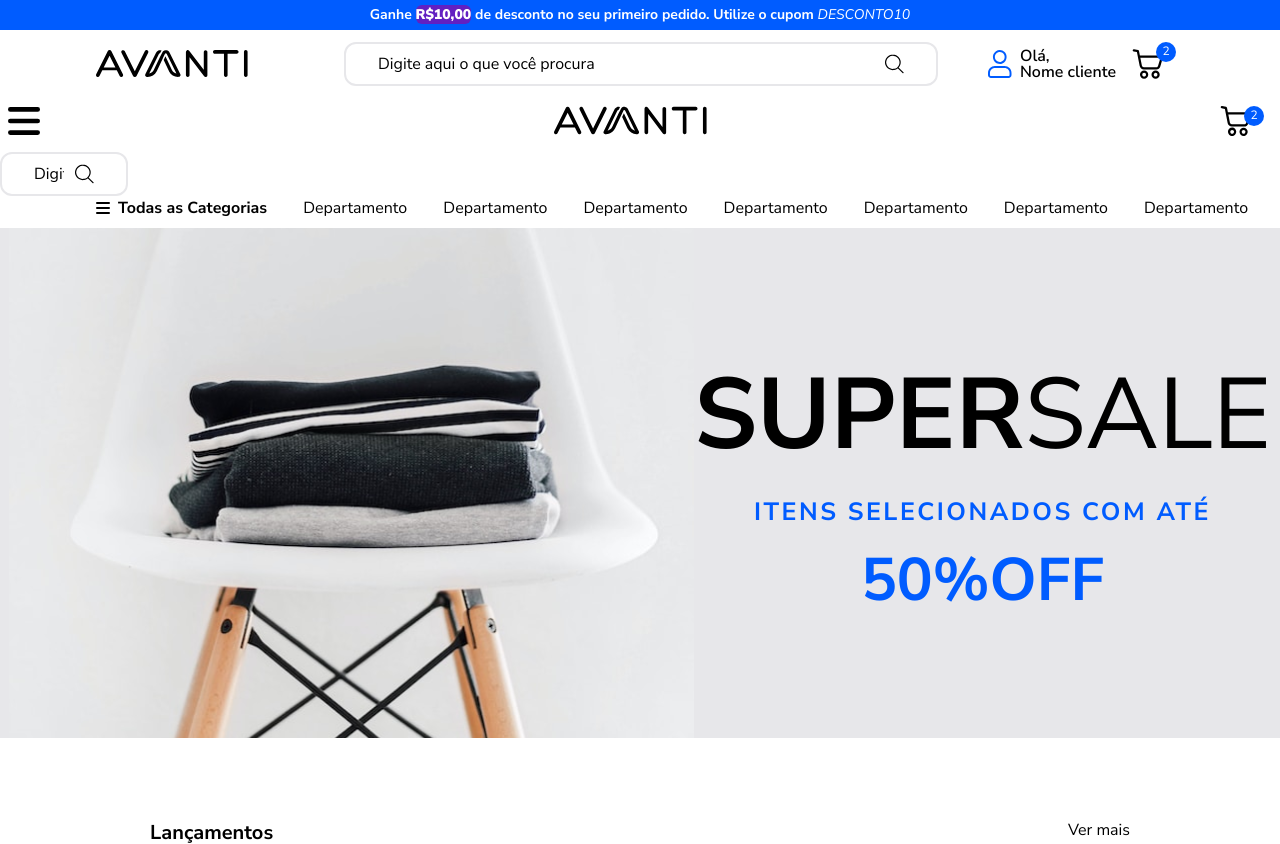
Repository: chidekina/avanti-01
Page: index.html
The author's editor kept a copy of each file at every save. The page is drawn from the files as they stood at one save, then again after a run of saves.
The browser window is 1280 px wide. The pictures show the part of the page from y = 0 to 844 px (the page is 4170 px tall).
A picture or video elsewhere on the page could not be fetched, so the positions and the page height are approximate.

Above is the page before, as saved 2025-04-15 14:35:32.

### index.html
<!DOCTYPE html>
<html lang="en">
  <head>
    <meta charset="UTF-8" />
    <meta name="viewport" content="width=device-width, initial-scale=1.0" />
    <script src="https://cdn.jsdelivr.net/npm/@tailwindcss/browser@4"></script>
    <link rel="preconnect" href="https://fonts.googleapis.com" />
    <link rel="preconnect" href="https://fonts.gstatic.com" crossorigin />
    <link href="https://fonts.googleapis.com/css2?family=Nunito+Sans:ital,opsz,wght@0,6..12,200..1000;1,6..12,200..1000&family=Nunito:ital,wght@0,200..1000;1,200..1000&display=swap" rel="stylesheet" />
    <title>Avanti</title>
    <link rel="icon" type="image" href="./assets/avanti-icon.svg" />
    <link rel="stylesheet" href="style.css" />
    <link rel="stylesheet" href="https://cdn.jsdelivr.net/npm/swiper/swiper-bundle.min.css">
  </head>
  <body>
    <header class="mb-2">
      <h1 class="flex justify-center items-center bg-(--primary-color) text-white text-sm h-[30px] font-bold max-md:text-[12px] max-md:text-center max-md:px-6 max-md:h-[52px]">
        <span>
        Ganhe
        <b class=" bg-(--secondary-color) heigth-[16px] w-[64px] rounded-md">R$10,00</b>
        de desconto no seu primeiro pedido. Utilize o cupom
        <i class="font-normal">DESCONTO10</i>
        </span>
      </h1>
      <div class="mt-3 mb-5 px-24 flex justify-between w-full max-md:hidden">
        <div class="flex gap-24">
          <img src="./assets/logo.svg" alt="Avanti Logo" class="w-[152px]" />
            <div class="flex justify-between py-2 border-2 border-solid border-(--bg-color) px-8 rounded-xl cursor-text w-[594px]">
              <input type="text" placeholder="Digite aqui o que você procura" class="placeholder-black outline-none focus:placeholder-transparent w-1/2" />
              <img src="./assets/search.svg" />
            </div>
        </div>
        <div class="flex gap-4">
          <div class="flex gap-2 items-center">
            <img src="./assets/user.svg" alt="icone do usuario" class="w-[24px]" />
            <h6 class="leading-none font-semibold">
              Olá,<br />
              Nome cliente
            </h6>
          </div>
          <div class="flex">
            <img src="./assets/cart.svg" alt="imagem de um carrinho de compras" class="w-[32px]" />
            <div class="relative bg-(--primary-color) w-[20px] h-[20px] text-center text-white text-[12px] rounded-full right-2">2</div>
          </div>
        </div>
      </div>
      <div class="">
        <div class="flex justify-between my-4 mx-2">
          <img src="./assets/menu-hamburger.svg" alt="menu hamburguer" class="w-8">
          <img src="./assets/logo.svg" alt="logo da Avanti">
          <div class="flex">
            <img src="./assets/cart.svg" alt="imagem de um carrinho de compras" class="w-[32px]" />
            <div class="relative bg-(--primary-color) w-[20px] h-[20px] text-center text-white text-[12px] rounded-full right-2">2</div>
          </div>
        </div>
        <div class="flex justify-between py-2 border-2 border-solid border-(--bg-color) px-8 rounded-xl cursor-text w-32">
          <input type="text" placeholder="Digite aqui o que você procura" class="placeholder-black outline-none focus:placeholder-transparent w-1/2" />
          <img src="./assets/search.svg" />
        </div>
      </div>
      <div class="flex px-24 w-full max-md:hidden">
        <ul class="flex gap-9" id="department-list">
          <li  id="menu-button">
          <a href="#">
            <div class="flex gap-2 w-max">
              <img src="./assets/menu-hamburger.svg" alt="menu hamburguer" />
              <h5 class="font-bold">Todas as Categorias</h5>
            </div>
          </a>
        </li>
        </ul>
      </div>
      <div class="flex mx-24 my-2 w-[1200px] h-[320px] bg-white rounded-md px-4 hidden" id="department-content">
       <div id="department-number">
        <div class="flex gap-20" id="department-content-list">
      </div>
      </div>
        <div class="flex flex-col relative left-146 my-2 w-[236px] justify-center bg-[url(/assets/mini-banner.svg)] bg-no-repeat mr-2 px-4 gap-4">
          <h1 class="text-[24px] text-white z-2">
            Confira os<br>
            Produtos<br>
            <b>Que<br>
            acabaram<br>
            De chegar<br></b>
          </h1>
          <a class=" flex justify-center items-center text-white font-bold border-1 z-2 rounded-lg w-[112px] text-[12px] h-[38px]">
            VER TODOS
          </a>
        </div>
      </div>
      <div class="flex mx-24 my-2 w-[1200px] h-[320px] bg-white rounded-md hidden" id="dropdown-content">
        <ul class="flex flex-col gap-2 bg-(--bg-lighter) overflow-y-scroll w-1/5 rounded-md px-4 py-2" id="categories-list">
        </ul>
        <div class="flex flex-col relative left- my-2 w-[236px] justify-center bg-[url(/assets/mini-banner.svg)] bg-no-repeat mr-2 px-4 gap-4">
          <h1 class="text-[24px] text-white z-2">
            Confira os<br>
            Produtos<br>
            <b>Que<br>
            acabaram<br>
            De chegar<br></b>
          </h1>
          <a class=" flex justify-center items-center text-white font-bold border-1 z-2 rounded-lg w-[112px] text-[12px] h-[38px]">
            VER TODOS
          </a>
        </div>
      </div>
    </header>
    <main>
      <section class="flex justify-center items-center w-full height-[510px] bg-(--bg-color) font-(--font-secondary)">
        <img src="./assets/chair.svg" alt="Foto de uma cadeira com roupas dobradas em cima" />
        <div class="flex flex-col gap-1 text-center">
          <h1 class="text-[100px]"><b>SUPER</b>SALE</h1>
          <h4 class="text-[25px] text-(--primary-color) font-bold tracking-widest">ITENS SELECIONADOS COM ATÉ</h4>
          <h4 class="text-[60px] text-(--primary-color) font-bold">50%OFF</h4>
        </div>
      </section>
<carousel-section></carousel-section>
      </section>
  <description-section></description-section>
  <section class="flex w-full bg-(--bg-light) px-[200px] py-[42px] font-(--font-secondary) my-[40px]">
    <div class="text-center text-(--text-color) w-1/2 mr-5">
      <h1 class="text-[30px] font-bold mb-10">
        Lorem ipsum
      </h1>
      <ul class="flex flex-col text-start gap-15">
        <li class="flex gap-6">
          <img src="./assets/pin.svg">
          <p>
            Aenean massa. Cum sociis natoque penatibus et magnis dis parturient montes, nascetur ridiculus mus. Donec quam felis, ultricies nec, pellentesque eu, pretium quis, sem.
          </p>
        </li>
        <li class="flex gap-6">
          <img src="./assets/pin.svg">
          <p>
            Aenean massa. Cum sociis natoque penatibus et magnis dis parturient montes, nascetur ridiculus mus. Donec quam felis, ultricies nec, pellentesque eu, pretium quis, sem.
          </p>
        </li>
        <li class="flex gap-6">
          <img src="./assets/pin.svg">
          <p>
            Aenean massa. Cum sociis natoque penatibus et magnis dis parturient montes, nascetur ridiculus mus. Donec quam felis, ultricies nec, pellentesque eu, pretium quis, sem.
          </p>
        </li>
      </ul>
    </div>
    <img src="./assets/banner.svg" alt="Foto da caneca da Avanti sobre uma tabua de vegetais" class="w-1/2">
  </section>
  <section>
  <description-section></description-section>
  <carousel-section></carousel-section>

  </section>
  <section>
    <img src="./assets/banner2.svg" alt="Foto da entrada da loja da Avanti" />
    <div class="absolute h-[126px] bg-(--primary-color) w-full bottom-[-3080px] text-white text-[30px] font-(--font-secondary)">
      <h1 class="flex justify-center h-full items-center">Entre em contato conosco e verifique a disponibilidade para sua região!</h1>
    </div>
  </section>
  <section class="flex flex-col my-[50px] gap-6 items-center">
    <h2 class="font-bold text-center text-[20px]">
      Cadastre-se na nossa <b class="text-(--primary-color)">newsletter</b>
    </h2>
    <div class="flex w-[1260px] h-[170px] items-center justify-center bg-(--bg-light) rounded-lg gap-6">
      <input type="text" placeholder="Digite seu nome" class="outline-none rounded-lg bg-white placeholder:text-black w-[260px] h-[48px] focus:placeholder-transparent pl-4"/>
      <input type="text" placeholder="Digite seu e-mail" class="outline-none rounded-lg bg-white placeholder:text-black w-[260px] h-[48px] focus:placeholder-transparent pl-4"/>
      <div class="flex gap-1">
      <input type="checkbox" />
      <h5 class="text-(--sub-text) text-[12px] font-bold">Estou de acordo com a <a href="#" class="underline">Política de Privacidade</a></h5>
    </div>
    </div>
  </section>
  <section class="text-center px-[200px] py-[64px] bg-(--bg-lighter)">
    <div class="flex justify-around mb-10">
    <div class="flex flex-col gap-5">
      <img src="./assets/logo.svg" alt="Logo Avanti" />
      <ul class="flex gap-5 justify-around items-center">
        <li>
          <a href="#">
            <img src="./assets/social-links/instagram.svg" alt="Logo do instagram" />
          </a>
        </li>
        <li>
          <a href="#">
            <img src="./assets/social-links/facebook.svg" alt="Logo do instagram" />
          </a>
        </li>
        <li>
          <a href="#">
            <img src="./assets/social-links/youtube.svg" alt="Logo do instagram" />
          </a>
        </li>
        <li>
          <a href="#">
            <img src="./assets/social-links/tiktok.svg" alt="Logo do instagram" />
          </a>
        </li>
      </ul>
    </div>
    <ul class="flex flex-col gap-4">
      <li class="font-bold">
        <a href="">
          Institucional
        </a>
      </li>
      <li>
        <a href="">
          Sobre Nós
        </a>
      </li>
      <li>
        <a href="">
          Nossas lojas
        </a>
      </li>
      <li>
        <a href="">
          Privacidade e Segurança
        </a>
      </li>
      <li>
        <a href="">
          Termos e condições
        </a>
      </li>
    </ul>
    <ul class="flex flex-col gap-4">
      <li class="font-bold">
        <a href="">
          Central de ajuda
        </a>
      </li>
      <li>
        <a href="">
          Fale Conosco
        </a>
      </li>
      <li>
        <a href="">
          Frete e Entrega
        </a>
      </li>
      <li>
        <a href="">
          Trocas e Devoluções
        </a>
      </li>
      <li>
        <a href="">
          Formas de Pagamento
        </a>
      </li>
      <li>
        <a href="">
          FAQ
        </a>
      </li>
    </ul>
    <ul class="flex flex-col gap-4">
      <li class="font-bold">
          Atendimento
      </li>
      <li>
         <b>Telefone:</b> (00) 1234-5678
      </li>
      <li>
        <b>E-mail:</b> exemplo@exemplo.com.br
      </li>
      <li>
        <b>Horário de atendimento:</b><br>
          Segunda a Sábado: 07h00 às 23h00<br>
          Domingos e Feriados:  07h00 às 21h00
      </li>
    </ul>
  </div>
<div>
<ul class="flex gap-10 justify-center">
  <li>
    <img src="./assets/payments/amex.svg" alt="Logo Amex" />
  </li>
  <li>
    <img src="./assets/payments/mastercard.svg" alt="Logo Mastercard" />
  </li>
  <li>
    <img src="./assets/payments/visa.svg" alt="Logo Visa" />
  </li>
  <li>
    <img src="./assets/payments/hipercard.svg" alt="Logo Hipercard" />
  </li>
  <li>
    <img src="./assets/payments/elo.svg" alt="Logo Elo" />
  </li>
  <li>
    <img src="./assets/payments/dinners.svg" alt="Logo Dinners" />
  </li>
  <li>
    <img src="./assets/payments/paypal.svg" alt="Logo Paypal" />
  </li>
  <li>
    <img src="./assets/payments/pix.svg" alt="Logo Pix" />
  </li>
  <li>
    <img src="./assets/payments/boleto.svg" alt="Logo Boleto" />
  </li>
</ul>
</div>
  </section>
    </main>
    <footer class="flex flex-col gap-5 my-10">
      <div class="flex flex-col text-center justify-center items-center">
        <p class="w-[1000px] text-[12px]">
          Lorem ipsum dolor sit amet, consectetuer adipiscing elit, sed diam nonummy nibh euismod tincidunt ut laoreet dolore magna aliquam erat volutpat. Ut wisi enim ad minim veniam, quis nostrud exerci tation ullamcorper suscipit lobortis nisl ut aliquip ex ea commodo consequat. Duis autem vel eum iriure dolor in hendrerit in vulputate velit esse molestie consequat, vel illum dolore eu feugiat nulla facilisis at vero eros et accumsan et iusto odio dignissim qui blandit praesent luptatum zzril delenit augue duis dolore te feugait nulla facilisi.
        </p>
      </div>
        <ul class="flex justify-center gap-10">
          <li>
            <img src="./assets/logos/encrypt-logo.svg" alt="Logo da Lets Encrypt">
          </li>
          <li>
            <img src="./assets/logos/vtex-pci-logo.svg" alt="Logo da VTEX e da PCI certified">
          </li>
          <li>
            <img src="./assets/logo.svg" alt="Logo da Avanti">
          </li>
          <li>
            <img src="./assets/logos/vtex-logo.svg" alt="Logo da VTEX">
          </li>
        </ul>
      </footer>
    <script src="https://cdn.jsdelivr.net/npm/swiper/swiper-bundle.min.js"></script>
    <script src="app.js"></script>
  </body>
</html>

### style.css
:root {
    font-family: "Nunito Sans", sans-serif;
    --primary-color: #005CFF;
    --secondary-color: #6220C1;
    --text-color: #4F4F4F;
    --bg-color: #E7E7EA;
    --bg-dark: #C2C2C2;
    --bg-light: #DEDEDE;
    --bg-lighter: #F5F5F5;
    --sub-text: #656565;
    --font-secondary: "Nunito", sans-serif;
}

html, body {
    margin: 0;
    padding: 0;
    width: 100%;
    height: 100%;
    box-sizing: border-box;
  }

#dropdown-content,
#department-content {
    position: absolute;
    z-index: 1;
    box-shadow: 0px 8px 16px 0px rgba(0,0,0,0.2);
}


#dropdown-content .bg-no-repeat::before,
#department-content .bg-no-repeat::before {
    content: '';
    position: absolute;
    top: 0;
    left: 0;
    width: 236px;
    height: 298px;
    background-image: url(/assets/black-filter.svg);
    z-index: 1;
}

#categories-list li:hover img,
#categories-list li.active img {
    content: url('./assets/arrow-active.svg');
    transform: scale(1.1);
}

.selected {
    color: var(--primary-color); /* Replace with your desired color */
    font-weight: bold;
}

#categories-list li.selected img {
    content: url('./assets/arrow-active.svg'); /* Replace with the active image path */
    transform: scale(1.1); /* Optional: Add a scaling effect */
}

.sublist.open {
    max-height: 500px; /* Adjust based on the expected height of the sublist */
}


.sublist {
    list-style: none;
    padding: 0;
    margin: 0;
}

### app.js
class Carousel extends HTMLElement {
    constructor() {
      super();
    }

    connectedCallback() {
      this.render();
      this.initSlides();
      this.initSwiper();
    }

    render() {
      this.innerHTML = `
        <section class="py-[80px] px-[150px]">
          <div>
            <div class="flex justify-between mb-4">
              <h3 class="font-bold text-[20px]">Lançamentos</h3>
              <h4>Ver mais</h4>
            </div>
            <div class="swiper">
              <div class="swiper-container">
                <ul class="swiper-wrapper" id="swiper-wrapper"></ul>
                <div class="swiper-button-next"></div>
                <div class="swiper-button-prev"></div>
                <div class="swiper-pagination"></div>
              </div>
            </div>
          </div>
        </section>
      `;
    }

    initSlides() {
      const swiperWrapper = this.querySelector("#swiper-wrapper");

      for (let i = 1; i <= 15; i++) {
        const slide = `
          <li class="swiper-slide border border-[#DDDDDD] py-1 px-1 rounded-md" style="min-width: 200px;">
            <div class="absolute">
              <h6 class="flex justify-center items-center bg-[#00264E] text-white text-[10px] w-[42px] h-[20px] rounded-sm">
                NOVO
              </h6>
            </div>
            <img src="./assets/model.svg" alt="Modelo ${i}" />
            <div class="mt-2">
              <h3 class="text-[#303030] text-[12px] mb-1 leading-none">
                Produto ${i} - Nome do Produto
              </h3>
            </div>
            <div class="flex gap-1">
              <div>
                <h4 class="text-[#303030] text-[10px] line-through leading-none">R$ 100,00</h4>
                <h4 class="text-[14px] font-bold tracking-tight">R$ 79,90</h4>
              </div>
              <div class="flex justify-center items-center bg-[#5EC0BE] text-white underline text-[8px] w-[52px] h-[16px] rounded-sm tracking-tight">
                10% OFF
              </div>
            </div>
            <h6 class="text-[10px]">Ou em até <b>10x de R$ 7,90</b></h6>
            <button class="w-full bg-[#00264E] text-white rounded-md text-[12px] h-[30px]">
              Comprar
            </button>
          </li>
        `;
        swiperWrapper.insertAdjacentHTML("beforeend", slide);
      }
    }

    initSwiper() {
      new Swiper(this.querySelector(".swiper-container"), {
        slidesPerView: 5,
        spaceBetween: 10,
        navigation: {
          nextEl: this.querySelector(".swiper-button-next"),
          prevEl: this.querySelector(".swiper-button-prev"),
        },
        pagination: {
          el: this.querySelector(".swiper-pagination"),
          clickable: true,
        },
      });
    }
  }

  customElements.define("carousel-section", Carousel);

class Description extends HTMLElement {
  connectedCallback() {
    this.innerHTML = `
     <section class="flex px-[200px] gap-5 items-center">
        <div class="flex bg-(--bg-dark) justify-center items-center">
            <img src="./assets/mug.svg" alt="Foto de uma caneca da Avanti" />
        </div>
        <div class="font-(--font-secondary) w-1/2">
            <h1 class="font-bold text-[30px]">
          Lorem Ipsum
            </h1>
            <p class="text-[12px]">
                Duis consectetur metus nec lacus auctor dignissim. Mauris vitae finibus dui. Mauris laoreet lacus ut eleifend viverra. Cras efficitur volutpat dui, in lobortis metus lacinia sit amet. Sed lacinia pharetra magna, vel pulvinar ligula hendrerit a. Maecenas fringilla porttitor tortor eget lacinia. Donec sollicitudin euismod orci, auctor fringilla magna consequat interdum. Fusce sagittis elit a libero commodo egestas efficitur id augue.<br></br>
                Duis consectetur metus nec lacus auctor dignissim. Mauris vitae finibus dui. Mauris laoreet lacus ut eleifend viverra. Cras efficitur volutpat dui, in lobortis metus lacinia sit amet. Sed lacinia pharetra magna, vel pulvinar ligula hendrerit a. Maecenas fringilla porttitor tortor eget lacinia. Donec sollicitudin euismod orci, auctor fringilla magna consequat interdum. Fusce sagittis elit a libero commodo egestas efficitur id augue.
            </p>
        </div>
        </section>
        `;
  }
};

customElements.define("description-section", Description);

const categories = document.getElementById('categories-list');
const dropdown = document.getElementById('dropdown-content');
const allCategories = document.getElementById('menu-button');
const depList = document.getElementById('department-list');
const depContent = document.getElementById('department-content');
const depContentList = document.getElementById('department-content-list');
const depNumber = document.getElementById('department-number');

for (let i = 1; i <= 7; i++) {
  const li = document.createElement('li');
  li.innerHTML = `
    <a href="#" id="dep-${i}" class="hover:font-bold hover:text-(--primary-color)"> Departamento </a>
  `;

  li.onclick = () => {
    const allItems = depList.querySelectorAll('li');
    allItems.forEach(item => item.classList.remove('selected'));

    dropdown.classList.add('hidden');

    generateDepartmentContent(i); // Generate content dynamically for the clicked department
  };

  depList.appendChild(li);
}

function generateDepartmentContent(departmentId) {
  const currentVisibleId = depContent.getAttribute('data-visible-id');
  if (currentVisibleId === departmentId.toString()) {
    depContent.classList.add('hidden');
    depContent.removeAttribute('data-visible-id');
    return;
  }

  depContent.setAttribute('data-visible-id', departmentId);
  depContent.classList.remove('hidden');

  depContentList.innerHTML = '';
  const depTitle = depNumber.querySelector('h2');
  if (depTitle) {
    depNumber.removeChild(depTitle);
  }

  const h2 = document.createElement('h2');
  h2.className = 'font-bold mt-4 mb-2';
  h2.textContent = `Departamento ${departmentId}`;
  depNumber.prepend(h2);

  for (let col = 1; col <= 3; col++) {
    const ul = document.createElement('ul');
    ul.className = 'flex flex-col gap-1 text-[14px]';

    for (let item = 1; item <= 8; item++) {
      const li = document.createElement('li');
      li.className = 'first:font-bold first:text-(--primary-color) hover:font-bold hover:text-(--primary-color)';
      li.textContent = 'Categoria';
      ul.appendChild(li);
    }

    depContentList.appendChild(ul);
  }
}

allCategories.onclick = () => {
  if (dropdown.classList.contains('hidden')) {
    dropdown.classList.remove('hidden');
    depContent.classList.add('hidden');
  } else {
    dropdown.classList.add('hidden');
  }
};

for (let i = 1; i <= 15; i++) {
  const li = document.createElement('li');
  li.id = i;
  li.className = 'flex justify-between hover:text-(--primary-color) hover:font-bold';
  li.innerHTML = `
    <p>Departamento</p>
    <img src="./assets/arrow.svg" alt="imagem de flecha" />
  `;

  li.addEventListener('click', () => {
    const allItems = categories.querySelectorAll('li');
    allItems.forEach(item => item.classList.remove('selected'));

    li.classList.add('selected');

    const existingSublist = dropdown.querySelector('.sublist-container');
    if (existingSublist) {
      dropdown.removeChild(existingSublist);
    }

    const sublistContainer = document.createElement('div');
    sublistContainer.className = 'flex relative gap-[100px] right-50 mt-4 sublist-container';

    // Create 3 lists
    for (let i = 1; i <= 3; i++) {
      const sublist = document.createElement('ul');
      sublist.className = 'flex flex-col gap-3 sublist text-(--sub-text)';

      for (let j = 1; j <= 8; j++) {
        const subItem = document.createElement('li');
        subItem.className = 'hover:text-(--primary-color) hover:font-bold first:text-(--primary-color) first:font-bold';
        subItem.textContent = `Categoria ${li.id}`;
        sublist.appendChild(subItem);
      }

      sublistContainer.appendChild(sublist);
    }

    dropdown.appendChild(sublistContainer);
  });

  categories.appendChild(li);
}

After the next 2 saves:
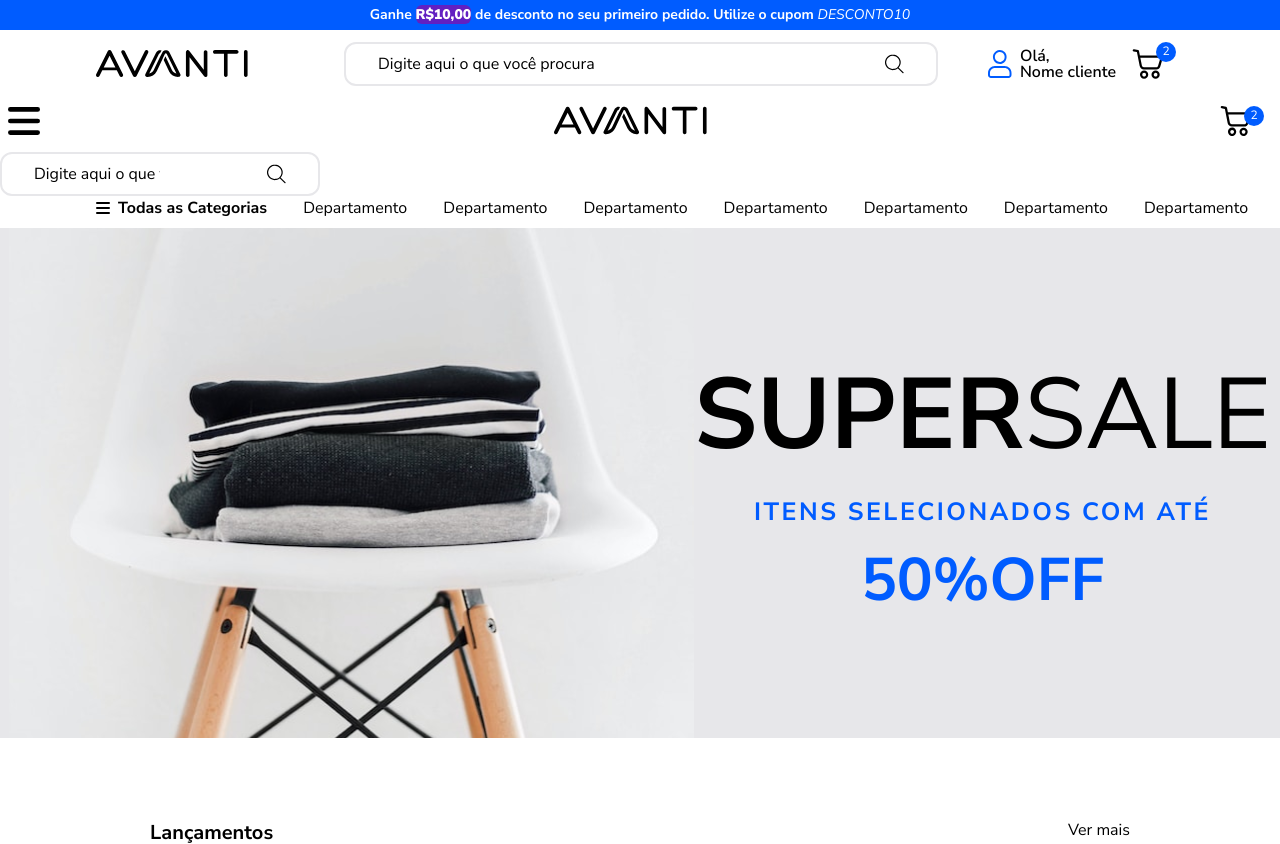
The 2 saves are shown as one change because they came seconds apart.
The last was saved 7 s later.
--- a/index.html
+++ b/index.html
@@ -53,7 +53,7 @@
             <div class="relative bg-(--primary-color) w-[20px] h-[20px] text-center text-white text-[12px] rounded-full right-2">2</div>
           </div>
         </div>
-        <div class="flex justify-between py-2 border-2 border-solid border-(--bg-color) px-8 rounded-xl cursor-text w-32">
+        <div class="flex justify-between py-2 border-2 border-solid border-(--bg-color) px-8 rounded-xl cursor-text w-80">
           <input type="text" placeholder="Digite aqui o que você procura" class="placeholder-black outline-none focus:placeholder-transparent w-1/2" />
           <img src="./assets/search.svg" />
         </div>
